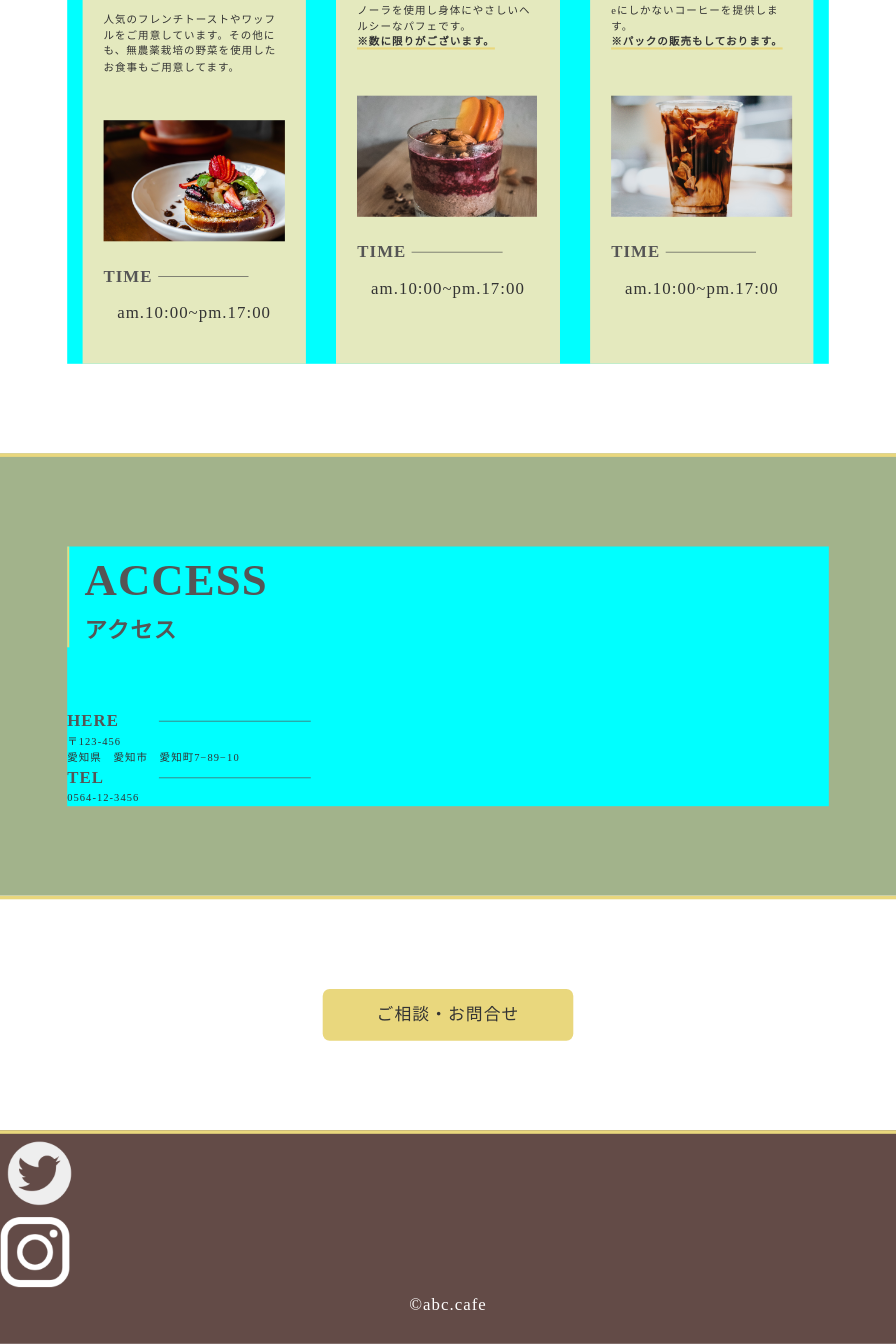
Repository: nozomi-23/lp1_test
Page: index.html
An editor plug-in stored every save of this project. The page is shown before and after a run of saves, followed by the edit.
The browser window is 1280 px wide. The pictures show the part of the page from y = 3574 to 5494 px (the page is 5494 px tall), at 70% of full size.
Pictures or frames that could not be fetched are drawn as grey boxes.

Above is the page before, as saved 2022-06-08 22:52:34.

### index.html
<!DOCTYPE html>
<html lang="ja">
<head>
  <meta charset="UTF-8">
  <title>abc.cafe</title>
  <meta name="description" content="旬の果物とオーガニックなカフェ">
  <meta name="keywords" content="cafe,カフェ,フルーツ,お洒落">
  <meta name="viewport" content="width=device-width, initial-scale=1.0">
  <meta property="og:title" content="フルーツカフェ「abc.cafe」">
  <meta property="og:type" content="article">
  <meta property="og:url" content="https://withcode-plus.tech">
  <meta property="og:image" content="img/logo.png">
  <meta property="og:description" content="旬の果物とカラダに優しい食事を。">
  <meta property="og:site_name" content="お洒落なフルーツカフェ">
  <link rel="icon" href="img/favicon1.ico">
  <link rel="apple-touch-icon" sizes="180x180" href="img/logo.png">
  <link rel="preconnect" href="https://fonts.googleapis.com">
  <link rel="preconnect" href="https://fonts.gstatic.com" crossorigin>
  <link href="https://fonts.googleapis.com/css2?family=Noto+Serif+JP:wght@400;500;600;700;900&display=swap"
    rel="stylesheet">
  <link rel="stylesheet" href="css/reset.css">
  <link rel="stylesheet" href="css/common.css">
</head>
<body>
  <!-- ============= header -->
  <header>
    <div class="header_wrapper">
      <div class="inner">
        <nav class="header_nav">
          <ul>
            <li><a href="#news">NEWS<span>ニュース</span></a></li>
            <li><a href="#about">ABOUT<span>abc.cafeとは</span></a></li>
            <li><a href="#menu">MENU<span>メニュー</span></a></li>
            <li><a href="#access">ACCESS<span>アクセス</span></a></li>
            <li><a href="#contact">CONTACT<span>お問合せ</span></a></li>
          </ul>
        </nav>
      </div>
    </div>
  </header>
  <!-- ===================-main -->
  <div class="top_wrapper">
    <div class="top_inner">
      <h1>abc.cafe</h1>
    </div>
  </div>
  <!-- ===================-news -->
  <section id="news">
    <div class="news_wrapper">
      <div class="inner">
        <h2 class="title">NEWS<span>最新情報</span></h2>
        <div class="news_txt">
          <table>
            <tr>
              <th>2022.6</th>
              <td>今月の営業時間　更新しました</td>
            </tr>
            <tr>
              <th>2022.5</th>
              <td>期間限定　季節のフルーツパフェはじめました</td>
            </tr>
            <tr>
              <th>2022.3</th>
              <td>新メニュー追加しました</td>
            </tr>
          </table>
        </div>
      </div>
    </div>
  </section>
  <!-- ===================-about -->
  <section class="about_img_1 section" id="about">
    <div class="inner">
      <div class="about_descript">
        <h2 class="title">ABOUT<span>abc.cafeについて</span></h2>
        <div class="txt">
          <h3>abc.cafeのこだわり</h3>
          <p><strong>カラダは食べるものでできている</strong><br>
            いつまでも元気な身体でいるためにはどんな食生活をするかが大切です。皆さん果物を積極的に食べていますか？abc.cafeは愛知県内の農家から届く<strong>季節のフルーツ</strong>をふんだんに使用したメニューを提供しています。</p>
        </div>
    </div>
    </div>
    </section>
  <section class="about_img_2 section"   id="about">
    <div class="inner">
      <div class="about_descript about_descript_right">
        <h2 class="title">MORE..<span>さらに</span></h2>
        <div class="txt">
          <h3>coffeeにもこだわり</h3>
          <p>abc.cafeではオーナー自らが仕入れたこだわりのコーヒー豆を直焙煎し提供しています。
          果物に合う「<strong>後味のキレイなコーヒー</strong>」を追求し、最後の一滴まで満足のいく一杯に仕上げました。お洒落なラテアートで視覚的にも楽しんでください。。
          </p>
        </div>
    </div>
    </div>
  </div>
  </section>

  <!-- ===================-menu -->
  <section class="menu_wrapper section_bg_white" id="menu">
    <div class="inner">
      <h2 class="title">MENU<span>メニュー</span></h2>
      <div class="fram_wrapper">
        <div class="fram">
          <div class="fram_txt">
            <span>food</span>
            <h4>フレンチトースト</h4>
            <p>人気のフレンチトーストやワッフルをご用意しています。その他にも、無農薬栽培の野菜を使用したお食事もご用意してます。</p>
          </div>
          <img class="photo" src="img/menu_1.png" alt="フレンチトースト">
          <div>
            <p class="sub_title">TIME</p>
          </div>
          <p class="time">am.<span>10:00</span>~pm.<span>17:00</span></p>
        </div>
        <div class="fram">
          <div class="fram_txt">
            <span>dessert</span>
            <h4>季節のパフェ</h4>
            <p>今が旬の果物をふんだんに使用したパフェです。ヨーグルトやグラノーラを使用し身体にやさしいヘルシーなパフェです。<br>
            <strong>※数に限りがございます。</strong></p>
          </div>
          <img class="photo" src="img/menu_2.png" alt="パフェ">
          <div>
            <p class="sub_title">TIME</p>
          </div>
          <p class="time">am.<span>10:00</span>~pm.<span>17:00</span></p>
        </div>
        <div class="fram">
          <div class="fram_txt">
            <span>coffee</span>
            <h4>テイクアウト</h4>
            <p>ちょっと一息つきたい時に。こだわり抜いた豆と焙煎方法でabc.cafeにしかないコーヒーを提供します。<br>
            <strong>※パックの販売もしております。</strong>
            </p>
          </div>
          <p class="fram_txt"></p>
          <img class="photo" src="img/menu_3.png" alt="テイクアウト">
          <p class="sub_title">TIME</p>
          <p class="time">am.<span>10:00</span>~pm.<span>17:00</span></p>
        </div>
      </div>
    </div>
  </section>
  <!-- ================access-->
  <section class="section" id="access">
    <div class="inner">
      <h2 class="title">ACCESS<span>アクセス</span></h2>
      <div class="access_ferm">
        <p class="sub_title">HERE</p>
        <p class="adress">〒123-456<br>
        愛知県　愛知市　愛知町7−89−10</p>
        <p class="sub_title">TEL</p>
        <p class="adress">0564-12-3456</p>
      </div>


    </div>

  </section>
  <!-- ================contact-->
  <section class="contact section_bg_white" id="contact">
    <div class="button">
      <a href="#">ご相談・お問合せ</a>
    </div>

  </section>
  <!-- ================footer-->
  <footer>
    <div class="footer_wrapper">
      <ul class="footer_sns">
        <li>
          <a href="#"><img src="img/footer_twitter.png" alt="twitter"></a>
        </li>
        <li>
          <a href="#"><img src="img/footer_insta.png" alt="instagram"></a>
        </li>
      </ul>
      <div class="copyriter">
      <p><small>&copy;abc.cafe</small></p>
      </div>

    </div>
  </footer>







</body>
</html>

### css/reset.css
@charset "UTF-8";

html,
body,
div,
span,
object,
iframe,
h1,
h2,
h3,
h4,
h5,
h6,
p,
blockquote,
pre,
abbr,
address,
cite,
code,
del,
dfn,
em,
img,
ins,
kbd,
q,
samp,
small,
strong,
sub,
sup,
var,
b,
i,
dl,
dt,
dd,
ol,
ul,
li,
fieldset,
form,
label,
legend,
table,
caption,
tbody,
tfoot,
thead,
tr,
th,
td,
article,
aside,
canvas,
details,
figcaption,
figure,
footer,
header,
hgroup,
menu,
nav,
section,
summary,
time,
mark,
audio,
video {
  margin: 0;
  padding: 0;
  border: 0;
  outline: 0;
  font-size: 100%;
  vertical-align: baseline;
  background: transparent;
}

body {
  line-height: 1;
}

article,
aside,
details,
figcaption,
figure,
footer,
header,
hgroup,
menu,
nav,
section {
  display: block;
}

nav ul {
  list-style: none;
}

blockquote,
q {
  quotes: none;
}

blockquote:before,
blockquote:after,
q:before,
q:after {
  content: '';
  content: none;
}

a {
  margin: 0;
  padding: 0;
  font-size: 100%;
  vertical-align: baseline;
  background: transparent;
}

/* change colours to suit your needs */
ins {
  background-color: #ff9;
  color: #000;
  text-decoration: none;
}

/* change colours to suit your needs */
mark {
  background-color: #ff9;
  color: #000;
  font-style: italic;
  font-weight: bold;
}

del {
  text-decoration: line-through;
}

abbr[title],
dfn[title] {
  border-bottom: 1px dotted;
  cursor: help;
}

table {
  border-collapse: collapse;
  border-spacing: 0;
}

/* change border colour to suit your needs */
hr {
  display: block;
  height: 1px;
  border: 0;
  border-top: 1px solid #cccccc;
  margin: 1em 0;
  padding: 0;
}

input,
select {
  vertical-align: middle;
}

### css/common.css
@charset "UTF-8";

body {
  font-size: 15px;
  color: #333;
  font-family: 'Noto Serif JP', serif;
  word-break: break-all;
  letter-spacing: 0.1em;
  line-height: 1.5;
}
a {
  text-decoration: none;
  color: #333;
}
li {
  list-style: none;
}
.inner {
  width: 85%;
  margin: 0 auto;
  background-color: aqua;
}
/* =====================
共通パーツ
=========================*/
.title {
  font-weight: bold;
  font-size: 4rem;
  color: #555;
  border-left: solid 3px #E9D77D;
  padding-left: 2%;
  margin-bottom: 8%;
}
.title span {
  display: block;
  font-size: 2rem;
}
.section {
  border-top: solid 5px #E9D77D;
  background-color: #A2B38B;
  padding: 10% 0;
}
.section_bg_white {
  background-color: #fff;
  border-top: solid 5px #E9D77D;
  padding: 10% 0;
}


/* =====================
header
=========================*/
.header_wrapper {
  width: 100%;
  background-color: #634B47;
}
.header_nav ul {
  width: 100%;
  display: table;
}
.header_nav ul li {
  display: table-cell;
  text-align: center;
}
.header_nav ul li a {
  display: inline-block;
  color: #fff;
  padding: 8% 0;
}
.header_nav ul li a:hover {
  opacity: 0.5;
}
.header_nav ul li a span {
  display: block;
  margin-top: 10%;
}
/* =====================
main
=========================*/
.top_wrapper {
  width: 100%;
  height: 85vh;
  overflow: hidden;
  background: url(../img/main.png) no-repeat center;
  background-size: cover;
}
.top_wrapper::after {
  content: "";
  position: relative;
  width: 100%;
}
.top_inner {
  position: absolute;
  top: 20%;
  left: 37%;
  z-index: 1;
}
.top_inner h1{
  font-family: 'Lobster', cursive;
  font-size: 15rem;
  color: #fff;
  opacity: 65%;
}
/* =====================
news
=========================*/
.news_wrapper {
  padding: 10% 0;
}
.news_txt table{
  margin: 0 auto;
  background-color: #E9D77D;
  font-size: 1.5rem;
}
.news_txt tr {
  border-top: solid 1px;
}
.news_txt th {
  padding: 20px 100px 20px 0;
  font-weight: normal;
}
.news_txt td {
  padding: 20px 100px 20px 0;
}
/* =====================
about
=========================*/

.txt h3 {
  font-size: 2.4rem;
  margin-bottom: 1em;
  font-weight: normal;
}
.txt p {
  font-size: 1.5rem;
}
.txt strong {
  border-bottom: solid 5px #E9D77D;
}
.about_img_1 {
  position: relative;
}
.about_img_1::after {
  position: absolute;
  content: "";
  background: url(../img/about_1.png) no-repeat center;
  background-size: cover;
  width: 50%;
  height: 100%;
  top: 0;
  left: 50%;
}
.about_img_2 {
  position: relative;
}
.about_img_2::after {
  position: absolute;
  content: "";
  background: url(../img/about_2.png) no-repeat center;
  background-size: cover;
  width: 50%;
  height: 100%;
  top: 0;

}
.about_descript {
  width: 42%;
}
.about_descript_right {
  position: relative;
  left: 58%;
}
/* =====================
menu
=========================*/
.fram_wrapper {
  display: flex;
  justify-content: space-between;
  width: 100%;

}
.fram {
  width: 33.3333%;
  background-color: #E4E9BE;
  margin: 0 2%;
  padding: 55px 30px;
}
.photo{
  width: 100%;
  height: auto;
  margin-top: 25%;
  margin-bottom: 10%;
}
.fram_txt span {
  font-size: 1.5rem;
}
.fram_txt h4 {
  font-size: 2.4rem;
  font-weight: normal;
  margin-bottom: 5%;
}
.fram_txt p strong {
  border-bottom: solid 3px #E9D77D;
}
.sub_title {
  font-size: 1.5rem;
  font-weight: bold;
  color: #555;
  position: relative;
}
.sub_title::after {
  content: "";
  position: absolute;
  width: 50%;
  height: 1px;
  background-color: #555;
  top: 50%;
  left: 30%;
}
.sub_title p {
  position: relative;
  padding-right: 40%;
}
.time {
  text-align: center;
  font-size: 1.5rem;
  padding-top: 1rem;
}
/* =====================
access
=========================*/
.access_ferm {
  width: 40%;
  position: relative;
}
.access_ferm::after {
  content: "";
  position: absolute;
  width: 60%;
}
/* =====================
contact
=========================*/
.button {
  margin: 0 auto;
  text-align: center;
  background-color: #E9D77D;
  width: 25%;
  padding: 1.5%;
  border-radius: 10px;
}
.button:hover {
  cursor: pointer;
  opacity: 0.5;
}
.button a {
  font-size: 1.5rem;
}
/* =====================
footer
=========================*/
.footer_wrapper {
  border-top: solid 5px #E9D77D;
  background-color: #634B47;
}
.copyriter {
  color: #fff;
  text-align: center;
  padding-bottom: 3%;
  font-size: 1.5rem;
}

After the next 8 saves:
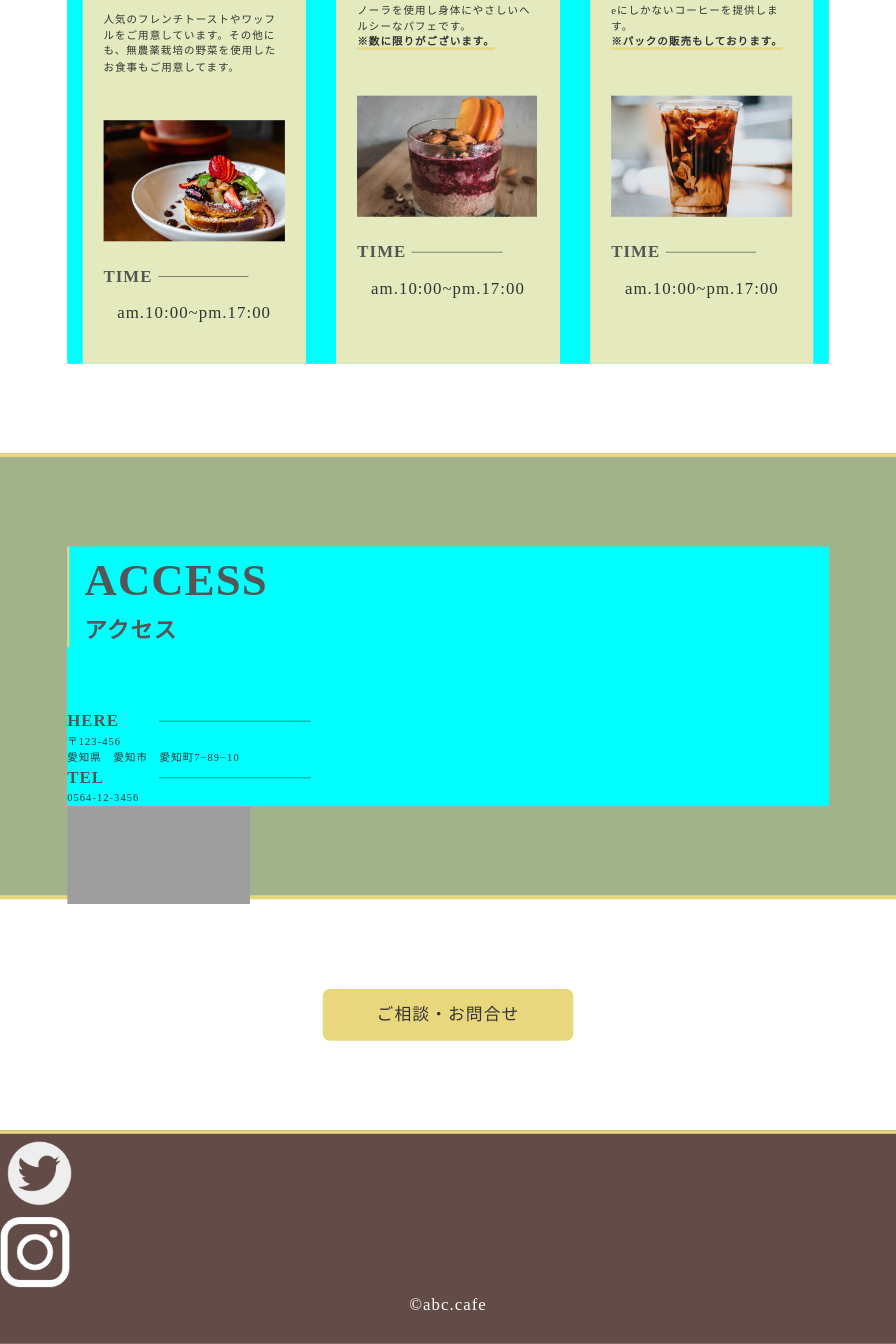
The 8 saves are shown as one change because they came seconds apart.
The last was saved 19 s later.
--- a/css/common.css
+++ b/css/common.css
@@ -237,6 +237,8 @@ access
   content: "";
   position: absolute;
   width: 60%;
+  height: 100%;
+  background: url(../img/);
 }
 /* =====================
 contact
